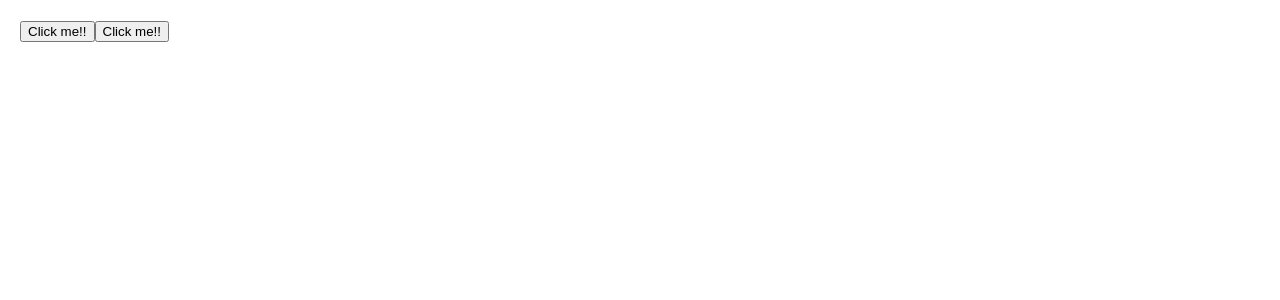
Repository: ducthanglinh/tiktok-clone
Page: /
An editor plug-in stored every save of this project. The page is shown before and after a run of saves, followed by the edit.
The browser window is 1280 px wide. The pictures show the whole page.
The project was rebuilt for these pictures with package versions that can differ from the ones it lists, and the page was loaded fresh each time.

Above is the page before, as saved 2022-10-04 10:33:24.

After the next 2 saves:
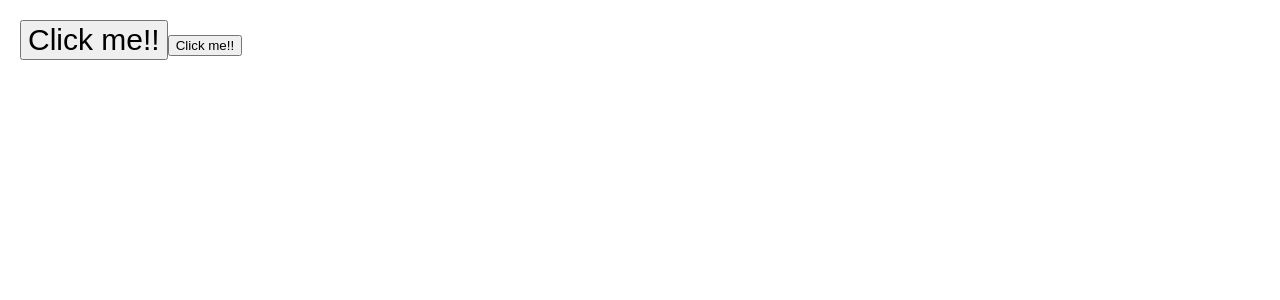
The 2 saves are shown as one change because 1 did not build or start.
The last was saved 117 s later.
--- a/src/store/index.js
+++ b/src/store/index.js
@@ -4,7 +4,7 @@ import styles from "./Button.module.css";
 function Button() {
   return (
     <>
-      <button>Click me!!</button>
+      <button className={styles.btn}>Click me!!</button>
       <button>Click me!!</button>
     </>
   );
